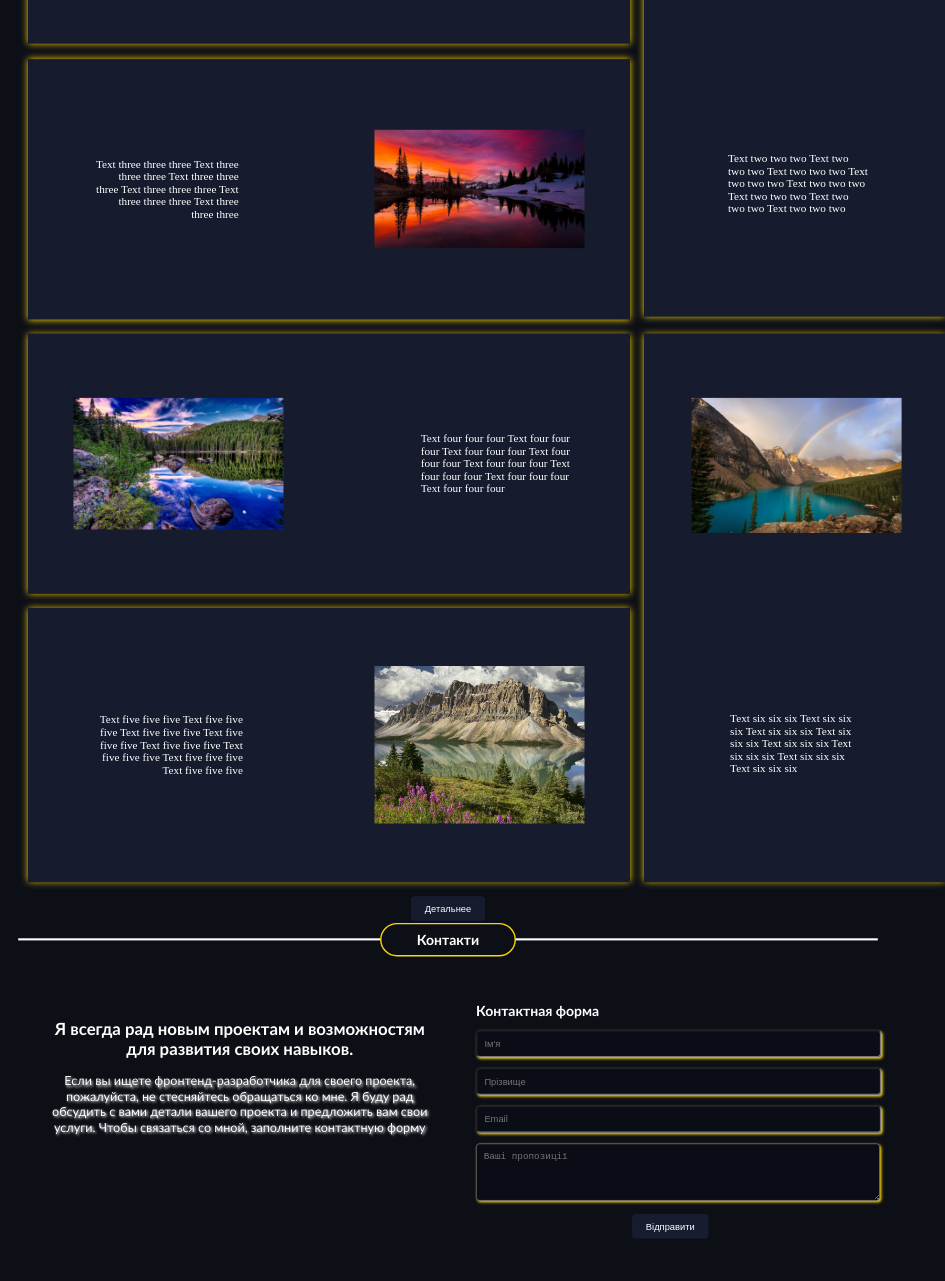
Repository: qtqqrdy13/cv-2
Page: index.html
An editor plug-in stored every save of this project. The page is shown before and after the next save, followed by the edit.
The browser window is 1280 px wide. The page is 1350 px wide, so the pictures cover 1350 px, including what lies to the right of the window. The pictures show the part of the page from y = 3288 to 5128 px (the page is 5118 px tall before and 5128 px after), at 70% of full size.

Above is the page before, as saved 2023-10-12 16:17:18.

### index.html
<!DOCTYPE html>
<html lang="en">

<head>
    <link rel="stylesheet" href="main.css">
    <meta charset="UTF-8">
    <meta name="viewport" content="width=device-width, initial-scale=1.0">
    <title>Батуров Олексій</title>
</head>

<body>
    <!--Navigation-->
    <header>
        <div class="logo">
            <img src="../cv 2/image/media/logo.png" alt="logo">
        </div>
        <nav>
            <ul>
                <li><a href="">Головна</a></li>
                <li><a href="#about">Про мене</a></li>
                <li><a href="#skills">Мої скіли</a></li>
                <li><a href="#portfolio">Портфоліо</a></li>
                <li><a href="">Контакти</a></li>
            </ul>
        </nav>
    </header>
    <!--Navigation-->

    <!--Two images-->
    <div class="container-top">
        <div class="img-container">
            <img class="img-1" src="../cv 2/image/code.gif" alt="">
            <img class="img-2" src="../cv 2/image/photo_2023-09-09_18-51-06.jpg" alt="">
        </div>
        <!--Two images-->

        <!--About Oleksiy-->
        <div class="container-text">
            <div id="about"></div>
            <div class="text-block">
                <h1>Олексій Батуров</h1>
            </div>
        </div>
    </div>
    <div class="description">
        <p>Я професіонал, чия пристрасть до веб-розробки
            помітна в кожному рядку коду, який я створюю.
            За час моєї практики я набув глибоких знань у
            різних галузях веб-технологій, включаючи HTML,
            CSS, JavaScript, а також популярні фреймворки
            та бібліотеки. Мої навички дозволяють мені
            створювати унікальні та сучасні веб-сайти,
            які поєднують у собі функціональність, стиль
            та оптимальну продуктивність. </p>
    </div>
    <!--About Oleksiy-->

    <!--Edge-->
    <div id="about_us">
        <div class="announcement">
            <h2 class="title">
                Скіли
            </h2>
        </div>
    </div>
    <!--Edge-->

    <!--Skills-->
    <div id="skills"></div>
    <div class="container">
        <div class="row">
            <div class="block">
                <h2>Скіли Дизайнера</h2>
                <div class="content">
                    <ul>
                        <li>Figma</li>
                        <li>Photoshop</li>
                        <li>Illustrator</li>
                        <li>Scratch</li>
                        <li>AdobeXD</li>
                        <li>Corel Draw</li>
                    </ul>
                </div>
            </div>
            <div class="block">
                <h2>Скіли Front-End розробника</h2>
                <div class="content">
                    <ul>
                        <li>HTML</li>
                        <li>CSS</li>
                        <li>JavaScript</li>
                        <li>ReactJS</li>
                        <li>ReactNative</li>
                        <li>AngularJS</li>
                        <li>NodeJS</li>
                        <li>VueJS</li>
                        <li>JQuerry</li>
                        <li>TypeScript</li>
                        <li>PHPMyAdmin</li>
                    </ul>
                </div>
            </div>
            <div class="block">
                <h2>Володіння CMS - платформами</h2>
                <div class="content">
                    <ul>
                        <li>WordPress</li>
                        <li>OpenCard</li>
                        <li>Joomla</li>
                        <li>Drupal</li>
                        <li>TYPEO3</li>
                    </ul>
                </div>
            </div>
        </div>
    </div>
    <!--Skills-->

    <!--Edge-->
    <div id="about_us">
        <div class="announcement">
            <h2 class="title">
                Портфоліо
            </h2>
        </div>
    </div>
    <!--Edge-->

    <!--Portfolio-->
    <div class="angry-grid">
        <div id="portfolio"></div>
        <div id="item-0">
            <img src="../cv 2/image/media/1.jpg" alt="Image 0" />
            <p>Text one one one Text one one one Text one one one Text one one one
                Text one one one Text one one one Text one one one Text one one one
            </p>
        </div>
        <div id="item-1">
            <img src="../cv 2/image/media/2.jpg" alt="Image 1" />
            <p>Text two two two Text two two two Text two two two Text two two two
                Text two two two Text two two two Text two two two Text two two two
            </p>
        </div>
        <div id="item-2">
            <div class="content-container">
                <p>Text three three three Text three three three Text three three three
                    Text three three three Text three three three Text three three three
                </p>
                <img src="../cv 2/image/media/3.jpg" alt="Image 2" />
            </div>
        </div>
        <div id="item-3">
            <img src="../cv 2/image/media/4.jpg" alt="Image 3" />
            <p>Text four four four Text four four four Text four four four Text four four four
                Text four four four Text four four four Text four four four Text four four four
            </p>
        </div>
        <div id="item-4">
            <div class="content-container">
                <p>Text five five five Text five five five Text five five five Text five five five
                    Text five five five Text five five five Text five five five Text five five five
                </p>
                <img src="../cv 2/image/media/5.jpg" alt="Image 4" />
            </div>
        </div>
        <div id="item-5">
            <img src="../cv 2/image/media/6.jpg" alt="Image 5" />
            <p>Text six six six Text six six six Text six six six Text six six six
                Text six six six Text six six six Text six six six Text six six six
            </p>
        </div>
    </div>

    <div class="detail-button">
        <button>Детальнее</button>
    </div>
    <!--Portfolio-->
    <!--Edge-->
    <div id="about_us">
        <div class="announcement">
            <h2 class="title">
                Контакти
            </h2>
        </div>
    </div>
    <!--Edge-->
    </div>
    <div class="container_contact">
        <div class="text">
            <h2>Я всегда рад новым проектам и возможностям для развития своих навыков. </h2>
            <p>Если вы ищете фронтенд-разработчика для своего проекта, пожалуйста, не стесняйтесь обращаться ко мне. Я
                буду рад обсудить с вами детали вашего проекта и предложить вам свои услуги.

                Чтобы связаться со мной, заполните контактную форму</p>
        </div>
        <div class="form">
            <h2>Контактная форма</h2>
            <form method="post">
                <div class="form-group">
                    <input type="text" id="name" name="name" placeholder="Ім'я" required>
                </div>
                <div class="form-group">
                    <input type="text" id="secondname" name="secondname" placeholder="Прізвище" required>
                </div>
                <div class="form-group">
                    <input type="text" id="email" name="email" placeholder="Email">
                </div>
                <div class="form-group">
                    <textarea id="message" name="message" rows="4" placeholder="Ваші пропозиції" required></textarea>
                </div>
                <div class="form-group">
                    <button type="submit">Відправити</button>
                </div>
            </form>
        </div>
    </div>
</body>

</html>

### main.css
body {
    background-color: #0d0f17;
    margin: 0;
    padding: 0;

}

/*Navigation*/
header {
    background-color: #161C2E;
    color: white;
    padding: 10px 0px;
    position: fixed;
    top: 0;
    width: 100%;
    display: flex;
    justify-content: space-between;
    align-items: center;
    z-index: 1000;
}

.logo img {
    height: 50px;
    margin-left: 50px;
}

nav ul {
    list-style: none;
    margin-right: 50px;
}

nav li {
    display: inline;
    margin-right: 50px;
    position: relative; /* Добавляем позицию относительно элементов меню */
}

nav a {
    text-decoration: none;
    color: white;
    font-weight: bold;
    font-size: 18px;
}

nav a:hover {
    color: gold;
    font-size: 18px;
    text-shadow: 0 0 10px gold;
    transform: scale(1.05);
    transition: transform 0.6s ease-in-out;
}

/* Добавляем стили для анимации */
nav li::before {
    content: "";
    position: absolute;
    width: 100%;
    height: 2px;
    background-color: gold;
    bottom: 0;
    left: 0;
    transform: scaleX(0); /* Изначально нулевая ширина */
    transform-origin: right;
    transition: transform 0.3s ease-in-out;
}

nav li::after {
    content: "";
    position: absolute;
    width: 100%;
    height: 2px;
    background-color: gold;
    bottom: 0;
    right: 0;
    transform: scaleX(0); /* Изначально нулевая ширина */
    transform-origin: left;
    transition: transform 0.3s ease-in-out;
}

nav li:hover::before,
nav li:hover::after {
    transform: scaleX(1); /* Увеличиваем ширину до 100% */
}


/*Two images*/
.container-top {
    display: flex;
    flex-direction: column;
    align-items: center;
    width: 100%;
    overflow: visible;
    position: relative;
}

.img-container {
    width: 100%;
    max-width: 100vw;
    position: relative;
    overflow: visible;
    order: 1;
}

.img-1 {
    width: 100%;
    height: 500px;
    position: relative;
}
.img-1:hover{
    animation: slideUp 2s ease-in-out infinite alternate;
}

.img-2 {
    width: 400px;
    height: 400px;
    max-width: 100%;
    position: absolute;
    top: calc(60% + 10%);
    left: 50%;
    transform: translateX(-50%);
    z-index: 2;
    border-radius: 50%;
    transition: transform 0.5s ease;
}

.img-2:hover {
    transform: translateX(-50%) rotate(360deg);
    animation: spin 2s linear infinite;
}

@keyframes spin {
    0% { transform: translateX(-50%) rotate(0deg); }
    100% { transform: translateX(-50%) rotate(360deg); }
}

@keyframes slideUp {
    0% {
        transform: translateY(0);
    }

    100% {
        transform: translateY(-20px);
    }
}

@media screen and(max-width: 768px) {
    .container {
        padding: 2px;
    }

    .img-1,
    .img-2 {
        height: auto;
    }
}

/*About Oleksiy*/
.container-text {
    display: flex;
    flex-direction: column;
    align-items: center;
    justify-content: center;
    height: 100vh;
    order: 2;
}

.text-block {
    width: 530px;
    height: 214px;
    font-size: 60px;
    text-align: center;
    color: white;
    animation: fadeIn 2s ease-in-out;
    margin: 0 auto;
}

.description {
    width: 700px;
    height: 256px;
    text-align: center;
    color: white;
    animation: slideIn 2s ease-in-out;
    margin: 0 auto;
    margin-bottom: 10%;
}

@keyframes fadeIn {
    0% {
        opacity: 0;
    }

    100% {
        opacity: 1;
    }
}

@keyframes slideIn {
    0% {
        transform: translateY(-20px);
        opacity: 0;
    }

    100% {
        transform: translateY(0);
        opacity: 1;
    }
}

/* Адаптация для мелких скринов */
@media (max-width: 600px) {
    .text-block {
        font-size: 36px;
    }

    .description {
        font-size: 18px;
    }
}

/* Адаптация для планшей */
@media (min-width: 601px) and (max-width: 1024px) {
    .text-block {
        font-size: 48px;
    }

    .description {
        font-size: 24px;
    }
}

@media (min-width: 1025px) {
    .text-block {
        font-size: 72px;
    }

    .description {
        font-size: 30px;
    }
}

/*Edge*/
.announcement {
    height: 3px;
    background-color: white;
    display: flex;
    justify-content: center;
    align-items: center;
    margin: 2% 2%;
}

.title {
    animation-name: fade-in;
    animation-duration: 0.3s;
    text-align: center;
    text-decoration: none;
    color: white;
    border: 2px solid gold;
    background-color: #0d0f17;
    border-radius: 30px;
    padding: 10px 50px;
}

.title:hover {

    color: gold;
    font-size: 26px;
    box-shadow: 0 0 6px gold;
}

@keyframes fade-in {
    from {
        opacity: 0;
    }

    to {
        opacity: 1;
    }
}

/*Skills*/
.container {
    display: flex;
    flex-direction: column;
    align-items: center;
}

.row {
    display: flex;
    flex-wrap: wrap;
    justify-content: space-between;
}

.block {
    border: 2px solid gold;
    margin: 10px;
    padding: 20px;
    animation: fade-in 1s ease-in-out;
    width: calc(50% - 20px);
    height: 400px;
    box-shadow: 1px 1px 6px gold;
    text-align: center;
    box-sizing: border-box;
    display: flex;
    flex-direction: column;
    justify-content: flex-start;
    align-items: center;
}

.block:hover {
    box-shadow: 2px 2px 12px gold;
}

h2 {
    font-size: 20px;
    font-family: 'Trebuchet MS', 'Lucida Sans Unicode', 'Lucida Grande', 'Lucida Sans', Arial, sans-serif;
    margin-top: 10px 0 0 0;
    color: white;
}

.content {
    display: flex;
    flex-direction: column;
    align-items: center;
    justify-content: center;
    height: 100%;
}

.content ul {
    list-style-type: square;
    padding-left: 20px;
    margin: 0;
}

h2:hover {
    font-size: 21px;
    text-shadow: 0px 0px 12px white;
}

.content li {
    font-size: 18px;
    color: white;
}

.content li:hover {
    font-size: 19px;
    text-shadow: 0px 0px 12px white;
}

@keyframes fade-in {
    0% {
        opacity: 0;
    }

    100% {
        opacity: 1;
    }
}

@media screen and (max-width: 1024px) {
    .block {
        padding: 10px;
        width: calc(50% - 20px);
        height: 250px;
    }

    .block h2 {
        font-size: 18px;
    }

    .content li {
        font-size: 16px;
    }
}

@media screen and (max-width: 750px) {
    .block {
        padding: 10px;
        width: calc(50% - 20px);
        height: 200px;
    }

    .block h2 {
        font-size: 16px;
    }

    .content li {
        font-size: 14px;
    }
}


@media screen and (min-width: 1200px) {
    .block {
        width: 400px;
        height: 400px;
    }

    .row {
        justify-content: center;
        width: calc(65% - 10px)
    }
}

/*Portfolio*/
.angry-grid {
    display: grid;
    grid-template-rows: 1fr 1fr 1fr 1fr;
    grid-template-columns: 1fr 1fr 1fr 1fr 1fr;
    margin: 0 auto;
    max-width: 1200px;
    padding: 0 15px;
}

#item-0 {
    background-color: #161C2E;
    grid-row-start: 1;
    grid-column-start: 1;
    grid-row-end: 2;
    grid-column-end: 3;
    margin-bottom: 20px;
    width: 860px;
    height: 370px;
    box-shadow: 0 0 10px gold;
    display: grid;
    grid-template-columns: 3fr 1fr;
    align-items: center;
    transition: transform 0.6s ease-in-out;
}

#item-0:hover {
    box-shadow: 0 0 18px gold;
    border-radius: 10px;
    transform: scale(1.05);
}

#item-0 img {
    max-width: 300px;
    max-height: 300px;
    margin-left: 65px;
}

#item-0 p {
    margin-right: 90px;
    margin-left: -90px;
    color: white;
}

#item-1 {
    background-color: #161C2E;
    grid-row-start: 1;
    grid-column-start: 3;
    grid-row-end: 3;
    grid-column-end: 4;
    margin-left: 20px;
    width: 430px;
    height: 760px;
    box-shadow: 0 0 10px gold;
    display: grid;
    grid-template-columns: 1fr;
    grid-template-rows: 1fr auto;
    align-items: center;
    justify-items: center;
    transition: transform 0.6s ease-in-out;
}

#item-1:hover {
    box-shadow: 0 0 18px gold;
    border-radius: 10px;
    transform: scale(1.05);
}

#item-1 img {
    max-width: 300px;
    max-height: 300px;
    margin-top: -100px;

}

#item-1 p {
    margin-right: 90px;
    margin-bottom: 125px;
    margin-left: 100px;
    color: white;
    padding: 20px;
}

#item-2 {
    background-color: #161C2E;
    grid-row-start: 2;
    grid-column-start: 1;
    grid-row-end: 3;
    grid-column-end: 3;
    margin-bottom: 20px;
    box-shadow: 0 0 10px gold;
    display: grid;
    grid-template-columns: 1fr;
    align-items: center;
    transition: transform 0.6s ease-in-out;
}

#item-2 .content-container {
    display: flex;
    flex-direction: row;
    align-items: center;
    justify-content: space-between;
}

#item-2 img {
    max-width: 300px;
    max-height: 300px;
    margin-right: 65px;
}

#item-2 p {
    flex: 1;
    margin-right: 20px;
    color: white;
    text-align: right;
    margin-right: 100px;
    padding: 94px;
}

#item-2:hover {
    box-shadow: 0 0 18px gold;
    border-radius: 10px;
    transform: scale(1.05);
}

#item-3 {
    background-color: #161C2E;
    grid-row-start: 3;
    grid-column-start: 1;
    grid-row-end: 4;
    grid-column-end: 3;
    margin-bottom: 20px;
    box-shadow: 0 0 10px gold;
    display: flex;
    align-items: center;
    justify-content: center;
    transition: transform 0.6s ease-in-out;
}

#item-3:hover {
    box-shadow: 0 0 18px gold;
    border-radius: 10px;
    transform: scale(1.05);
}

#item-3 img {
    max-width: 300px;
    max-height: 300px;
    margin-left: 65px;
}

#item-3 p {
    margin-right: -50px;
    margin-left: 71px;
    color: white;
    padding: 125px;
}

#item-4 {
    background-color: #161C2E;
    grid-row-start: 4;
    grid-column-start: 1;
    grid-row-end: 5;
    grid-column-end: 3;
    box-shadow: 0 0 10px gold;
    display: grid;
    grid-template-columns: 1fr auto;
    align-items: center;
    transition: transform 0.6s ease-in-out;
}

#item-4 .content-container {
    display: flex;
    flex-direction: row;
    align-items: center;
    justify-content: space-between;
    flex-wrap: nowrap;
}

#item-4 img {
    max-width: 300px;
    max-height: 300px;
    margin-right: 65px;
}

#item-4 p {
    color: white;
    text-align: right;
    margin-right: 129px;
    margin-left: 43px;
    padding: 59px;
}

#item-4:hover {
    box-shadow: 0 0 18px gold;
    border-radius: 10px;
    transform: scale(1.05);
}

#item-5 {
    background-color: #161C2E;
    grid-row-start: 3;
    grid-column-start: 3;
    grid-row-end: 5;
    grid-column-end: 4;
    margin-left: 20px;
    box-shadow: 0 0 10px gold;
    display: grid;
    grid-template-rows: 1fr auto;
    justify-content: center;
    align-items: center;
    align-content: space-between;
    transition: transform 0.6s ease-in-out;
}

#item-5 img {
    max-width: 300px;
    max-height: 300px;
    margin-top: -124px;
    margin-left: 68px;
}

#item-5 p {
    margin-right: 90px;
    margin-bottom: 130px;
    margin-left: 100px;
    color: white;
    padding: 23px;
}

#item-5:hover {
    box-shadow: 0 0 18px gold;
    border-radius: 10px;
    transform: scale(1.05);
}

@media (max-width: 768px) {
    .angry-grid {
        grid-template-columns: 1fr 1fr;
        max-width: 768px;
        margin-left: 0;
    }
}

@media (min-width: 1313px) {
    .angry-grid {
        max-width: 1313px;
        padding: 45px 20px;
    }
}

/* Стили для .detail-button */
.detail-button {
    text-align: center;
    margin-top: 20px;
}

.detail-button button {
    padding: 10px 20px;
    background-color: #161C2E;
    color: white;
    border: none;
    border-radius: 5px;
    cursor: pointer;
}

.detail-button button:hover {
    background-color: #161C2E;
    box-shadow: 0 0 12px white;
}
.container_contact {
    display: flex;
    justify-content: space-between;
    border-radius:15px;
    padding: 25px;

}
.text h2{
    color:white;
    font-size:24px;
}
.text p{
    color:white;
    font-size:18px;
    font-family:'Trebuchet MS', 'Lucida Sans Unicode', 'Lucida Grande', 'Lucida Sans', Arial, sans-serif;
    text-shadow:2px 2px 4px white;
}
.text {
    flex: 1;
    padding: 40px;
    text-align: center;

}

.form {
    flex: 1;
    padding: 20px;
    border-radius: 5px;
    border:none;
}

.form-group {
    margin-bottom: 15px;
}

.form-group label {
    display: block;
    margin-bottom: 5px;
    font-weight: bold;

}

.form-group input[type="text"],
.form-group textarea {
    width: 100%;
    padding: 10px;
    border-radius: 5px;
    background-color:#0a0d15;
    box-shadow:2px 2px 4px gold;
}

.form-group button {
    background-color: #171d2f;
    display:flex;
    align-items: center;
    justify-content: center;
    color: #fff;
    border: none;
    padding: 10px 20px;
    border-radius: 5px;
    cursor: pointer;

    margin: 0 auto;
}

.form-group button:hover {
    box-shadow: 2px 2px 4px gold;


}

After the next save:
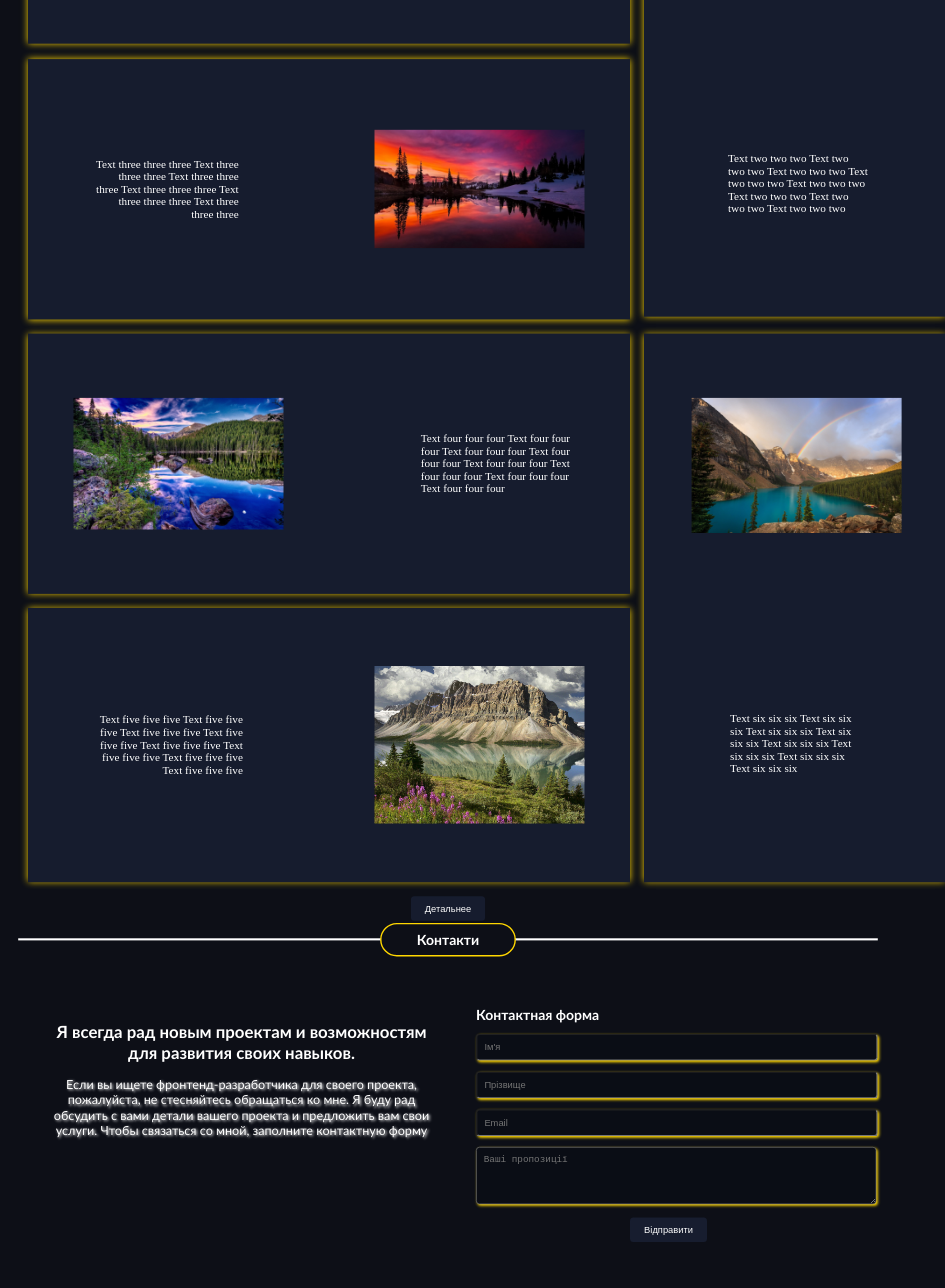
Saved 17 s later.
--- a/main.css
+++ b/main.css
@@ -675,7 +675,7 @@ h2:hover {
     display: flex;
     justify-content: space-between;
     border-radius:15px;
-    padding: 25px;
+    padding: 30px;
 
 }
 .text h2{
